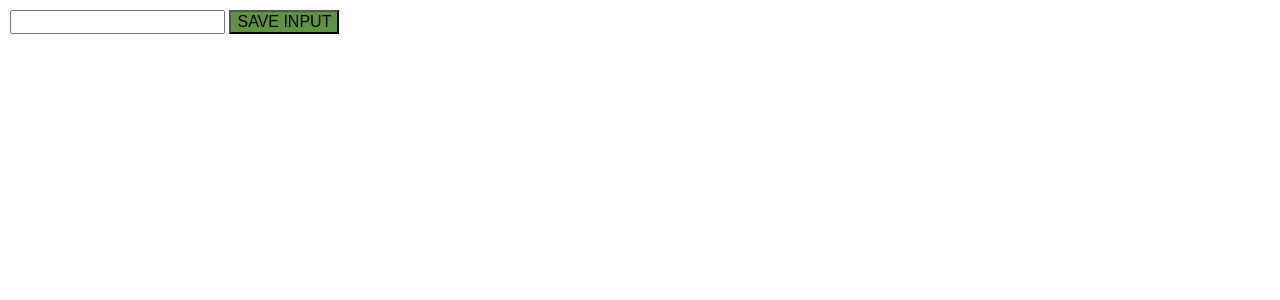
Repository: jt010051/chromeExtension
Page: index.html
An editor plug-in stored every save of this project. The page is shown before and after the next save, followed by the edit.
The browser window is 1280 px wide. The pictures show the whole page.

Above is the page before, as saved 2022-02-27 17:09:20.
Not found: index.js

After the next save:
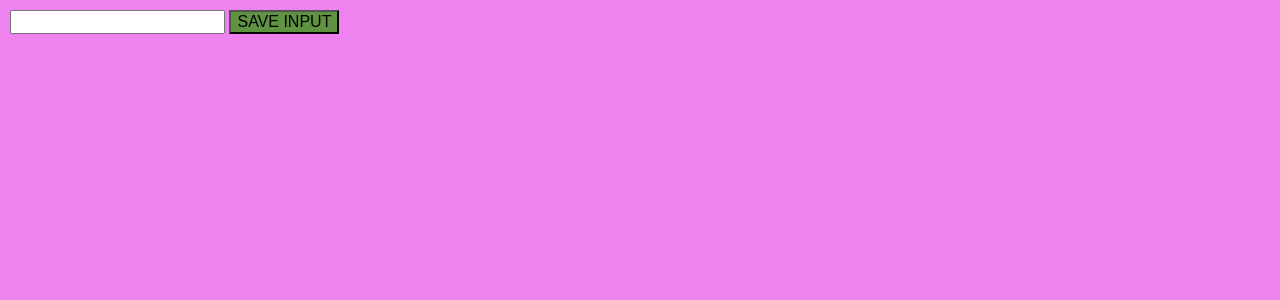
Saved 12 s later.
--- a/index.css
+++ b/index.css
@@ -2,8 +2,7 @@ body {
     margin: 0;
     padding: 10px;
     font-family: Arial, Helvetica, sans-serif;
-    color: violet;
-}
+background-color: violet;}
 
 
 
